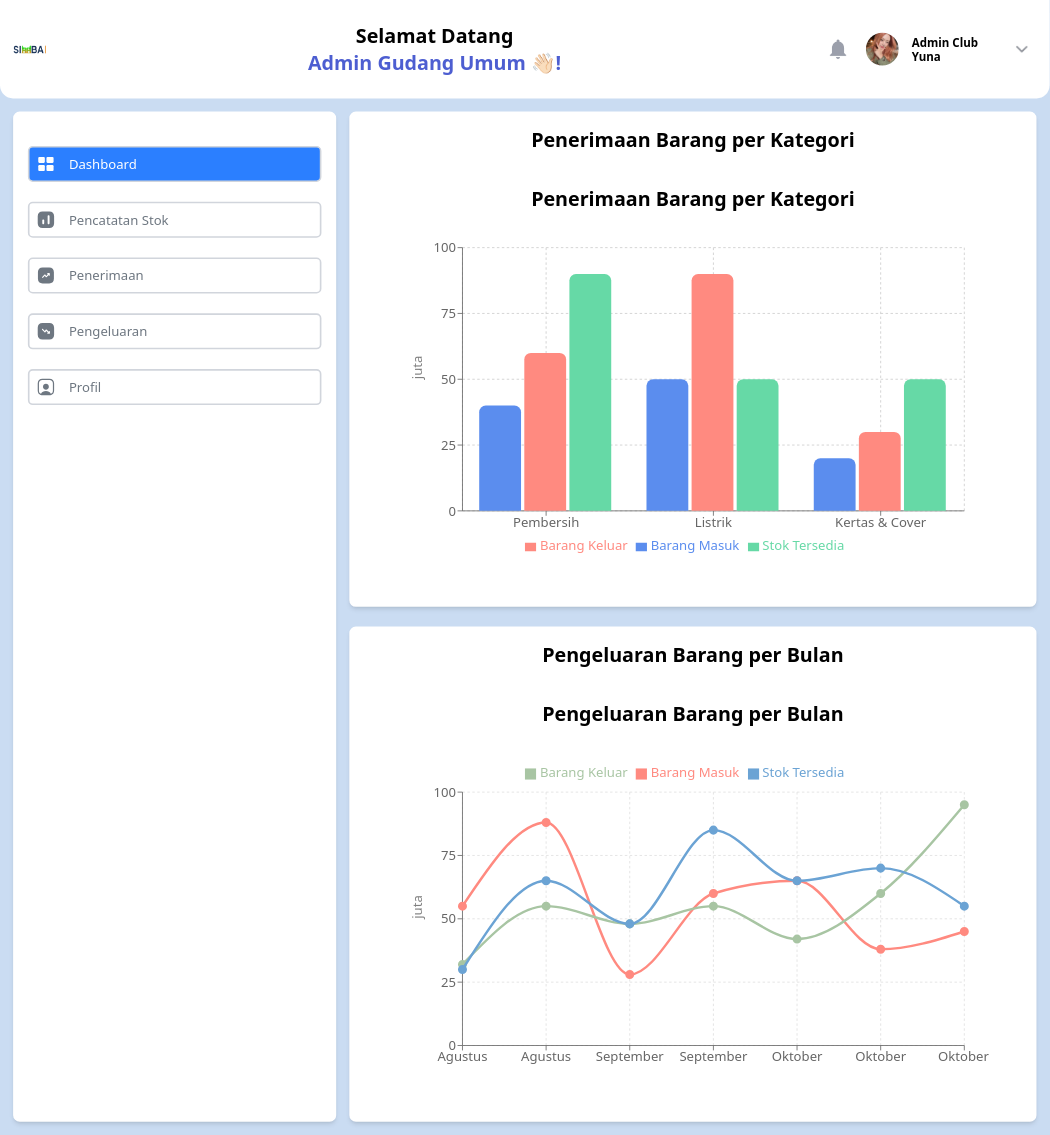
Repository: Gokerwow/inventory-fe
Page: /
The author's editor kept a copy of each file at every save. The page is drawn from the files as they stood at one save, then again after the next save.
The browser window is 1280 px wide. The pictures show the whole page, at 82% of full size.
The project was rebuilt for these pictures with package versions that can differ from the ones it lists, and the page was loaded fresh each time. Also part of the build but not shown: vite.config.ts, src/pages/stokBarang.tsx, src/pages/penerimaan.tsx, src/pages/pengeluaran.tsx, src/pages/profil.tsx.

Above is the page before, as saved 2025-10-15 16:00:27.

### index.html
<!doctype html>
<html lang="en">
  <head>
    <meta charset="UTF-8" />
    <link rel="icon" type="image/svg+xml" href="/vite.svg" />
    <meta name="viewport" content="width=device-width, initial-scale=1.0" />
    <title>inventory-fe</title>
  </head>
  <body>
    <div id="root"></div>
    <script type="module" src="/src/main.tsx"></script>
  </body>
</html>

### src/main.tsx
import { StrictMode } from 'react'
import { createRoot } from 'react-dom/client'
import './index.css'
import App from './App.tsx'
import ErrorBoundary from './components/errorBoundary.tsx'
import { BrowserRouter } from 'react-router-dom'

createRoot(document.getElementById('root')!).render(
  <StrictMode>
    <ErrorBoundary>
      <BrowserRouter>
        <App />
      </BrowserRouter>
    </ErrorBoundary>
  </StrictMode>,
)

### src/App.tsx
import './App.css'
import { Routes, Route, Navigate } from 'react-router-dom'
import Layout from './components/layout'
import Dashboard from './pages/dashboard'
import StokBarang from './pages/stokBarang'
import Penerimaan from './pages/penerimaan'
import Pengeluaran from './pages/pengeluaran'
import Profil from './pages/profil'


function App() {
  return (
    <Routes>
      <Route path="/" element={<Layout />}>
        <Route index element={<Navigate to="/dashboard" replace />} />
        <Route path="dashboard" element={<Dashboard />} />
        <Route path="pencatatan-stok" element={<StokBarang />} />
        <Route path="penerimaan" element={<Penerimaan />} />
        <Route path="pengeluaran" element={<Pengeluaran />} />
        <Route path="profil" element={<Profil />} />
      </Route>
    </Routes>
  )
}

export default App

### src/components/errorBoundary.tsx
// components/ErrorBoundary.tsx
import { ErrorBoundary as ReactErrorBoundary } from 'react-error-boundary';
import { type ReactNode } from 'react';

function ErrorFallback({ error, resetErrorBoundary }: any) {
    return (
        <div className="min-h-screen flex items-center justify-center bg-gray-100">
            <div className="bg-white p-8 rounded-lg shadow-lg max-w-md w-full">
                <h2 className="text-2xl font-bold text-red-600 mb-4">
                    Oops! Terjadi Error
                </h2>
                <div className="bg-red-50 border border-red-200 rounded p-4 mb-4">
                    <p className="text-red-800 font-semibold">Error:</p>
                    <p className="text-red-600 text-sm mt-2">{error.message}</p>
                </div>
                <details className="mb-4">
                    <summary className="cursor-pointer text-gray-600 hover:text-gray-800">
                        Stack Trace
                    </summary>
                    <pre className="mt-2 text-xs bg-gray-50 p-2 rounded overflow-auto max-h-40">
                        {error.stack}
                    </pre>
                </details>
                <button
                    onClick={resetErrorBoundary}
                    className="w-full bg-blue-600 text-white py-2 px-4 rounded hover:bg-blue-700 transition"
                >
                    Coba Lagi
                </button>
            </div>
        </div>
    );
}

interface ErrorBoundaryProps {
    children: ReactNode;
}

export default function ErrorBoundary({ children }: ErrorBoundaryProps) {
    return (
        <ReactErrorBoundary
            FallbackComponent={ErrorFallback}
            onError={(error, errorInfo) => {
                // Log error ke console atau service logging (Sentry, LogRocket, dll)
                console.error('Error caught by boundary:', error, errorInfo);
            }}
            onReset={() => {
                // Reset state aplikasi jika perlu
                window.location.href = '/';
            }}
        >
            {children}
        </ReactErrorBoundary>
    );
}

### src/App.css
@import "tailwindcss";

body {
  background-color: #cadcf2;
}

### src/components/layout.tsx
// components/Layout.tsx
import { Outlet } from 'react-router-dom';
import SideBar from '../components/sidebar'
import TopBar from '../components/topBar'

function Layout() {
    return (
        <div className="flex flex-col h-screen">
            <TopBar />
            <div className='flex p-4 gap-4'>
                <SideBar />
                <div className='flex-1'>
                    <Outlet />
                </div>
            </div>
        </div>
    );
}

export default Layout;

### src/pages/dashboard.tsx
import CategoryBarChart from '../components/categoryBarChart';
import LineChart from '../components/lineChart';

export default function Dashboard() {
    return (
        <div className='flex flex-col gap-6' >
            <div className="flex-1 bg-white z-10 p-4 border-2 border-white rounded-lg shadow-md">
                <h1 className='font-bold text-2xl text-center'>
                    Penerimaan Barang per Kategori
                </h1>
                <div className="p-4">
                    <CategoryBarChart />
                </div>
            </div>
            <div className="flex-1 bg-white z-10 p-4 border-2 border-white rounded-lg shadow-md">
                <h1 className='font-bold text-2xl text-center'>
                    Pengeluaran Barang per Bulan
                </h1>
                <div className="p-4">
                    <LineChart />
                </div>
            </div>
        </div>
    )
}

### src/components/sidebar.tsx
import DashboardIcon from '../assets/DashboardIcon.svg?react';
import ChartIcon from '../assets/Chart.svg?react';
import PenerimaanIcon from '../assets/Penerimaan.svg?react';
import PengeluaranIcon from '../assets/Pengeluaran.svg?react';
import ProfilIcon from '../assets/profil.svg?react';
import { NavLink } from 'react-router-dom';

export default function SideBar() {
    const menuItems = [
        { path: '/dashboard', icon: DashboardIcon, label: 'Dashboard' },
        { path: '/pencatatan-stok', icon: ChartIcon, label: 'Pencatatan Stok' },
        { path: '/penerimaan', icon: PenerimaanIcon, label: 'Penerimaan' },
        { path: '/pengeluaran', icon: PengeluaranIcon, label: 'Pengeluaran' },
        { path: '/profil', icon: ProfilIcon, label: 'Profil' },
    ];

    return (
        <div className='w-[394px]'>
            <div className="bg-white text-white flex flex-col justify-between h-full rounded-lg overflow-hidden shadow-md border-2 border-white">
                <ul className='flex flex-col gap-6 px-4 py-10'>
                    {menuItems.map((item) => (
                        <li key={item.path}>
                            <NavLink
                                to={item.path}
                                className={({ isActive }) =>
                                    `flex items-center gap-4 p-2 rounded-md cursor-pointer transition-all duration-300 border-2 border-gray-300 ${isActive
                                        ? 'bg-blue-500 text-white'
                                        : 'bg-white text-[#6E7781] hover:bg-blue-500 hover:text-white group'
                                    }`
                                }
                            >
                                {({ isActive }) => (
                                    <>
                                        <item.icon
                                            className={`w-6 h-6 fill-current transition-colors ${isActive
                                                ? 'text-white'
                                                : 'text-[#6E7781] group-hover:text-white'
                                                }`}
                                        />
                                        <span>{item.label}</span>
                                    </>
                                )}
                            </NavLink>
                        </li>
                    ))}

                </ul>
            </div>
        </div>
    );
}

### src/components/topBar.tsx
import NotifIcon from '../assets/Notification.png';
import ChevronDown from '../assets/ChevronDown.png';
import PfpExample from '../assets/Pfp Example.jpeg';
import SimbaLogo from '../assets/Light Logo new 1.png';


export default function TopBar() {
    return (
        <div className="w-full flex items-center justify-between gap-6 py-4 rounded-b-2xl bg-white">
            <div className='p-4'>
                <img src={SimbaLogo} alt="Simba Logo" className='w-10' />
            </div>
            <div className='text-2xl font-bold'>
                <p className='text-center'>Selamat Datang</p>
                <p className='text-center text-[#4D5ED1]'>Admin Gudang Umum 👋🏻!</p>
            </div>
            <div>
                <div className='flex items-center justify-center gap-4 bg-white/30 rounded-l-full px-4 py-6'>
                    <div className='bg-white rounded-full w-9 h-9 flex items-center justify-center'>
                        <img src={NotifIcon} alt="Notification Icon" className='h-6' />
                    </div>
                    <div className='flex items-center gap-4'>
                        <div className='bg-white rounded-full w-10 h-10 flex items-center justify-center overflow-hidden'>
                            <img src={PfpExample} alt="Profile Picture" className='w-full' />
                        </div>
                        <span className='max-w-[100px] break-words leading-tight font-semibold text-sm'>Admin Club Yuna</span>
                    </div>
                    <div className='bg-white rounded-full w-9 h-9 flex items-center justify-center'>
                        <img src={ChevronDown} alt="Notification Icon" className='h-2' />
                    </div>
                </div>
            </div>
        </div>
    )
}

### src/components/categoryBarChart.tsx
// components/CategoryBarChart.jsx
import { BarChart, Bar, XAxis, YAxis, CartesianGrid, Tooltip, Legend, ResponsiveContainer } from 'recharts';


export default function CategoryBarChart() {
    const data = [
        {
            kategori: 'Pembersih',
            'Barang Masuk': 40,
            'Barang Keluar': 60,
            'Stok Tersedia': 90,
        },
        {
            kategori: 'Listrik',
            'Barang Masuk': 50,
            'Barang Keluar': 90,
            'Stok Tersedia': 50,
        },
        {
            kategori: 'Kertas & Cover',
            'Barang Masuk': 20,
            'Barang Keluar': 30,
            'Stok Tersedia': 50,
        },
    ];

    return (
        <div className="bg-white rounded-lg p-6">
            <h2 className="text-2xl font-semibold text-center mb-6">
                Penerimaan Barang per Kategori
            </h2>

            <ResponsiveContainer width="100%" height={400}>
                <BarChart
                    data={data}
                    margin={{ top: 20, right: 30, left: 20, bottom: 5 }}
                >
                    <CartesianGrid strokeDasharray="3 3" />
                    <XAxis dataKey="kategori" />
                    <YAxis label={{ value: 'juta', angle: -90, position: 'insideLeft' }} />
                    <Tooltip />
                    <Legend />
                    <Bar dataKey="Barang Masuk" fill="#5B8DEE" radius={[8, 8, 0, 0]} />
                    <Bar dataKey="Barang Keluar" fill="#FF8A80" radius={[8, 8, 0, 0]} />
                    <Bar dataKey="Stok Tersedia" fill="#66D9A6" radius={[8, 8, 0, 0]} />
                </BarChart>
            </ResponsiveContainer>
        </div>
    );
};

### src/components/lineChart.tsx
import { LineChart, Line, XAxis, YAxis, CartesianGrid, Tooltip, Legend, ResponsiveContainer } from 'recharts';

const PengeluaranChart = () => {
    const data = [
        {
            bulan: 'Agustus',
            'Barang Masuk': 55,
            'Barang Keluar': 32,
            'Stok Tersedia': 30,
        },
        {
            bulan: 'Agustus',
            'Barang Masuk': 88,
            'Barang Keluar': 55,
            'Stok Tersedia': 65,
        },
        {
            bulan: 'September',
            'Barang Masuk': 28,
            'Barang Keluar': 48,
            'Stok Tersedia': 48,
        },
        {
            bulan: 'September',
            'Barang Masuk': 60,
            'Barang Keluar': 55,
            'Stok Tersedia': 85,
        },
        {
            bulan: 'Oktober',
            'Barang Masuk': 65,
            'Barang Keluar': 42,
            'Stok Tersedia': 65,
        },
        {
            bulan: 'Oktober',
            'Barang Masuk': 38,
            'Barang Keluar': 60,
            'Stok Tersedia': 70,
        },
        {
            bulan: 'Oktober',
            'Barang Masuk': 45,
            'Barang Keluar': 95,
            'Stok Tersedia': 55,
        },
    ];

    return (
        <div className="bg-white rounded-lg p-6">
            <h2 className="text-2xl font-semibold text-center mb-6">
                Pengeluaran Barang per Bulan
            </h2>

            <ResponsiveContainer width="100%" height={400}>
                <LineChart
                    data={data}
                    margin={{ top: 20, right: 30, left: 20, bottom: 5 }}
                >
                    <CartesianGrid strokeDasharray="3 3" stroke="#e0e0e0" />
                    <XAxis
                        dataKey="bulan"
                        tick={{ fill: '#666' }}
                    />
                    <YAxis
                        label={{ value: 'juta', angle: -90, position: 'insideLeft' }}
                        tick={{ fill: '#666' }}
                    />
                    <Tooltip />
                    <Legend
                        verticalAlign="top"
                        height={36}
                        iconType="square"
                    />
                    <Line
                        type="monotone"
                        dataKey="Barang Masuk"
                        stroke="#FF8A80"
                        strokeWidth={3}
                        dot={{ fill: '#FF8A80', r: 4 }}
                        activeDot={{ r: 6 }}
                    />
                    <Line
                        type="monotone"
                        dataKey="Barang Keluar"
                        stroke="#A8C5A3"
                        strokeWidth={3}
                        dot={{ fill: '#A8C5A3', r: 4 }}
                        activeDot={{ r: 6 }}
                    />
                    <Line
                        type="monotone"
                        dataKey="Stok Tersedia"
                        stroke="#6BA3D4"
                        strokeWidth={3}
                        dot={{ fill: '#6BA3D4', r: 4 }}
                        activeDot={{ r: 6 }}
                    />
                </LineChart>
            </ResponsiveContainer>
        </div>
    );
};

export default PengeluaranChart;

Loaded but not shown: src/index.css (common file)

After the next save:
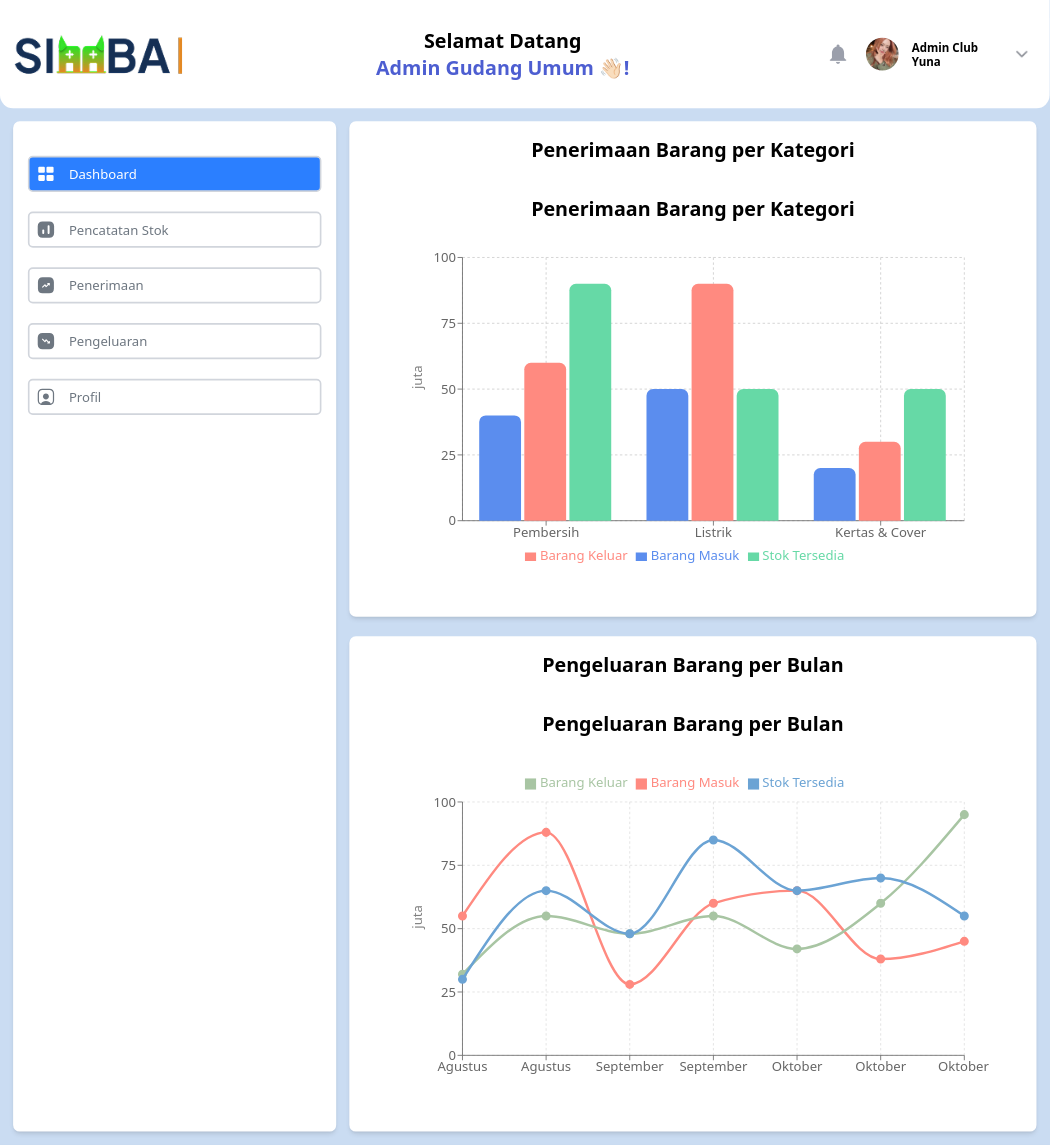
Saved 19 s later.
--- a/src/components/topBar.tsx
+++ b/src/components/topBar.tsx
@@ -8,7 +8,7 @@ export default function TopBar() {
     return (
         <div className="w-full flex items-center justify-between gap-6 py-4 rounded-b-2xl bg-white">
             <div className='p-4'>
-                <img src={SimbaLogo} alt="Simba Logo" className='w-10' />
+                <img src={SimbaLogo} alt="Simba Logo" className='' />
             </div>
             <div className='text-2xl font-bold'>
                 <p className='text-center'>Selamat Datang</p>
